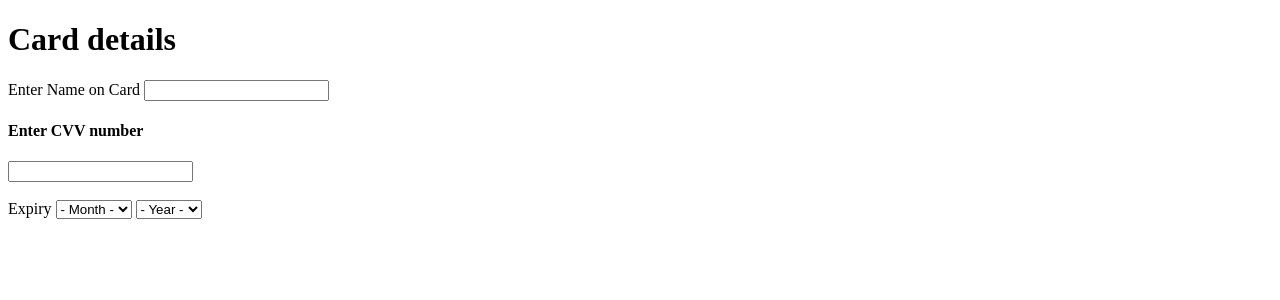
Repository: ajlazy/Day10
Page: CreditCard/WebContent/CreditCard.html
The author's editor kept a copy of each file at every save. The page is drawn from the files as they stood at one save, then again after the next save.
The browser window is 1280 px wide. The pictures show the whole page.

Above is the page before, as saved 2018-09-06 09:09:15.

After the next save:
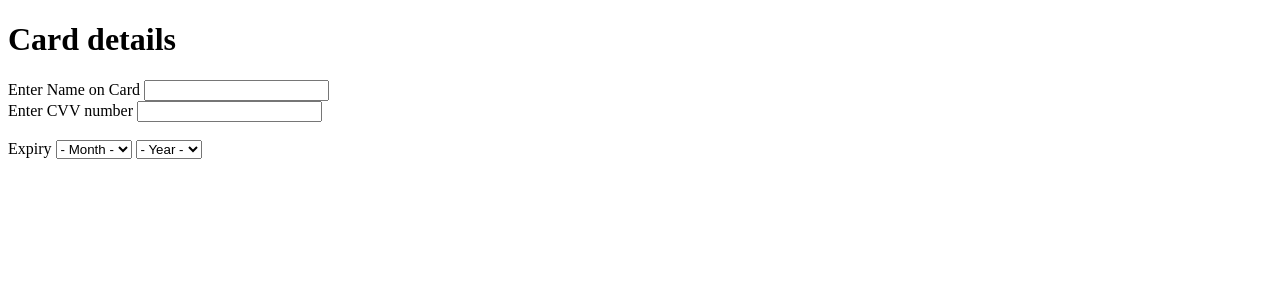
Saved 21 s later.
--- a/CreditCard/WebContent/CreditCard.html
+++ b/CreditCard/WebContent/CreditCard.html
@@ -10,7 +10,7 @@
 <label>Enter Name on Card</label>
 <input type="text" name="Name on card"/>
 <br>
-<h4><label>Enter CVV number</label></h4>
+<label>Enter CVV number</label>
 <input type="password" maxlength="3" name="cvv" pattern="[0-9]{3}" />
 <br><br>
 <label>Expiry</label>
